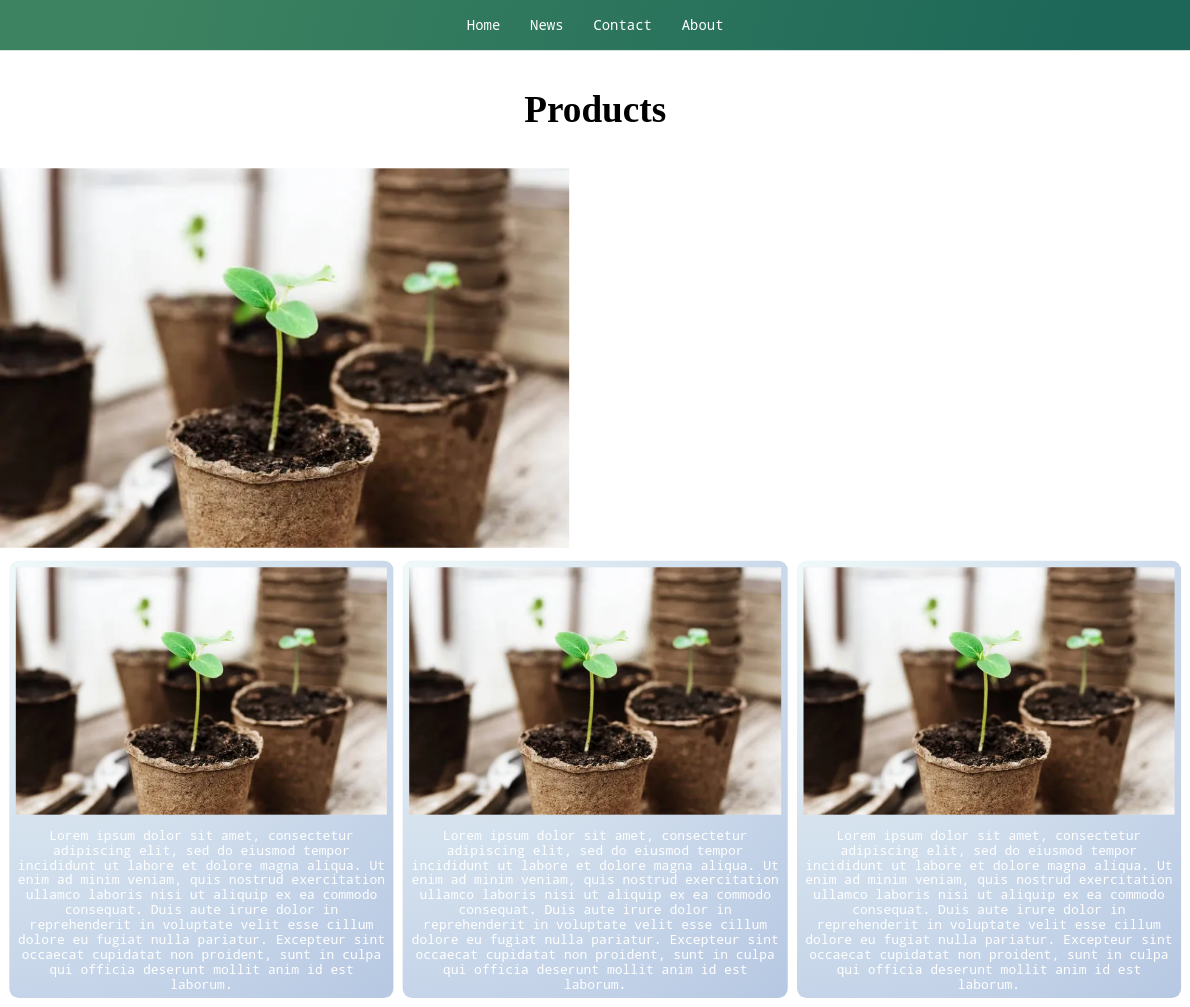
Repository: Flexo874/ISITECH-HTML-CSS
Page: index.html
These files come from the project's save history. The page is drawn as it stood at one moment and after the next save; the edit follows.
The browser window is 1280 px wide. The pictures show the whole page, at 93% of full size.

Above is the page before, as saved 2024-01-02 14:19:44.

After the next save:
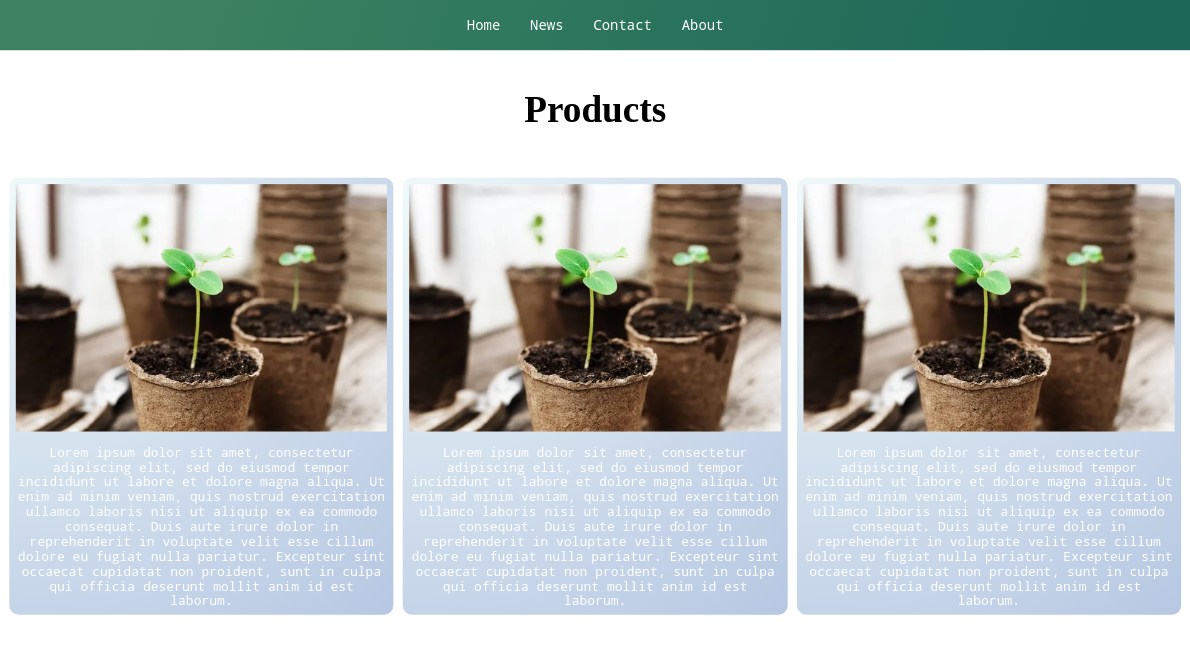
Saved 2 min 31 s later.
--- a/index.html
+++ b/index.html
@@ -14,9 +14,7 @@
 
     <h1 > Products</h1>
 
-    </div class="demo">
-        <img src="images/semis-prêt-à-être-planté-dans-le-jardin.webp"/>
-    </div>
+
 
     <div class="container">
 

After the save that followed:
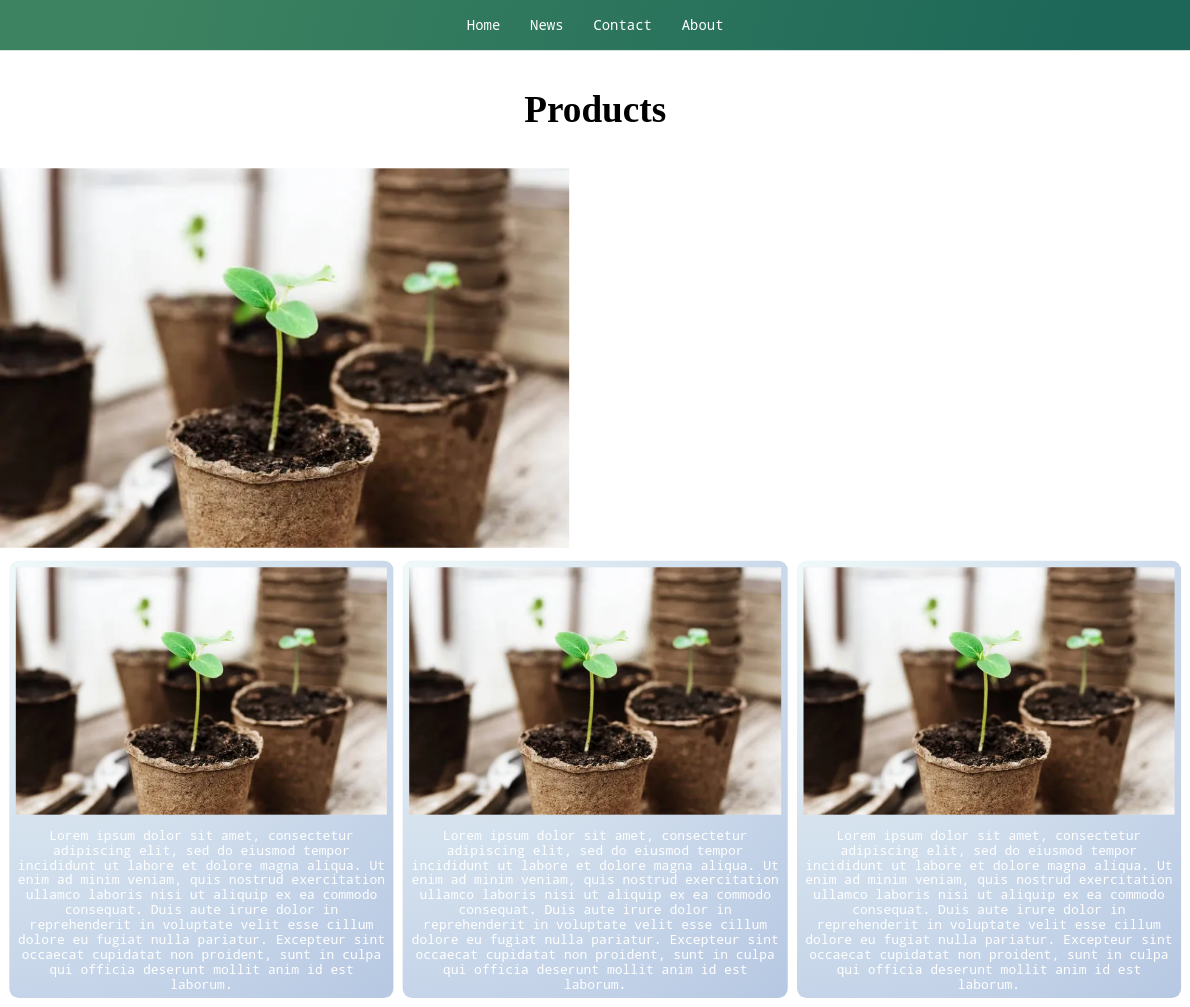
Saved 8 s later.
--- a/index.html
+++ b/index.html
@@ -14,7 +14,9 @@
 
     <h1 > Products</h1>
 
-
+    </div class="demo">
+        <img src="images/semis-prêt-à-être-planté-dans-le-jardin.webp"/>
+    </div>
 
     <div class="container">
 
